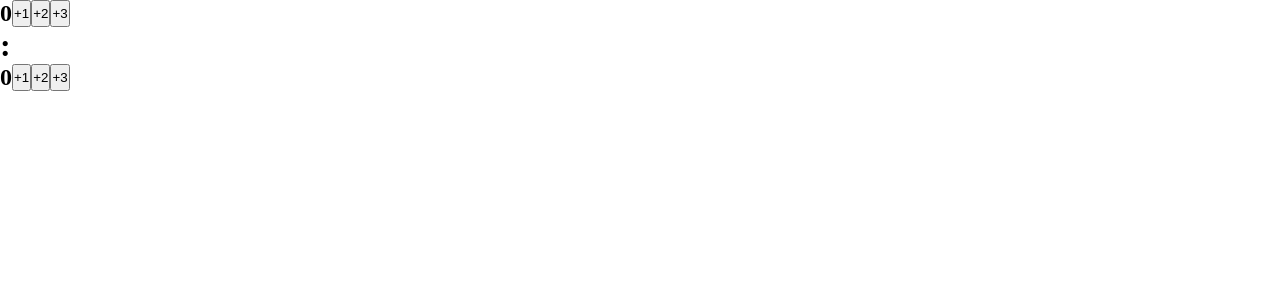
Repository: bollo89/scoreBoard
Page: index.html
These files come from the project's save history. The page is drawn as it stood at one moment and after the next save; the edit follows.
The browser window is 1280 px wide. The pictures show the whole page.

Above is the page before, as saved 2022-01-21 10:47:44.

### index.html
<!DOCTYPE html>
<html lang="en">
<head>
    <meta charset="UTF-8">
    <meta http-equiv="X-UA-Compatible" content="IE=edge">
    <meta name="viewport" content="width=device-width, initial-scale=1.0">
    <link rel="stylesheet" href="./style.css">
    <title>Document</title>
</head>
<body>
    <section class="Thome">
        <h1 class="home"></h1>
        <button class="btn1h">+1</button>
        <button class="btn2h">+2</button>
        <button class="btn3h">+3</button>
    </section>
    <h1 class="colon">:</h1>
    <section class="Taway">
        <h1 class="away"></h1>
        <button class="btn1a">+1</button>
        <button class="btn2a">+2</button>
        <button class="btn3a">+3</button>
    </section>
<script src="./script.js"></script>
</body>
</html>

### style.css
* {
    margin: 0;
    padding: 0;
}

.Thome {
    display: flex;
}

.Taway {
    display: flex;
}

### script.js
let home = document.querySelector('.home');
let n = 0;
home.innerHTML = n;

let away = document.querySelector('.away');
let m = 0;
away.innerHTML = m;

let btn1h = document.querySelector('.btn1h');
let btn2h = document.querySelector('.btn2h');
let btn3h = document.querySelector('.btn3h');
let btn1a = document.querySelector('.btn1a');
let btn2a = document.querySelector('.btn2a');
let btn3a = document.querySelector('.btn3a');
//punkty po lewej
function score1home() {
    n+=1;
    home.innerHTML = n;
    console.log(n);
}
function score2home() {
    n+=2;
    home.innerHTML = n;
    console.log(n);
}
function score3home() {
    n+=3;
    home.innerHTML = n;
    console.log(n);
}
//punkty po prawej
function score1away() {
    m+=1;
    away.innerHTML = m;
    console.log(m);
}
function score2away() {
    m+=2;
    away.innerHTML = m;
    console.log(m);
}
function score3away() {
    m+=3;
    away.innerHTML = m;
    console.log(m);
}

//przyciskibtn1.addEventListener('click',score1home,false);
btn1h.addEventListener('click',score1home,false);
btn2h.addEventListener('click',score2home,false);
btn3h.addEventListener('click',score3home,false);
btn1a.addEventListener('click',score1away,false);
btn2a.addEventListener('click',score2away,false);
btn3a.addEventListener('click',score3away,false);

After the next save:
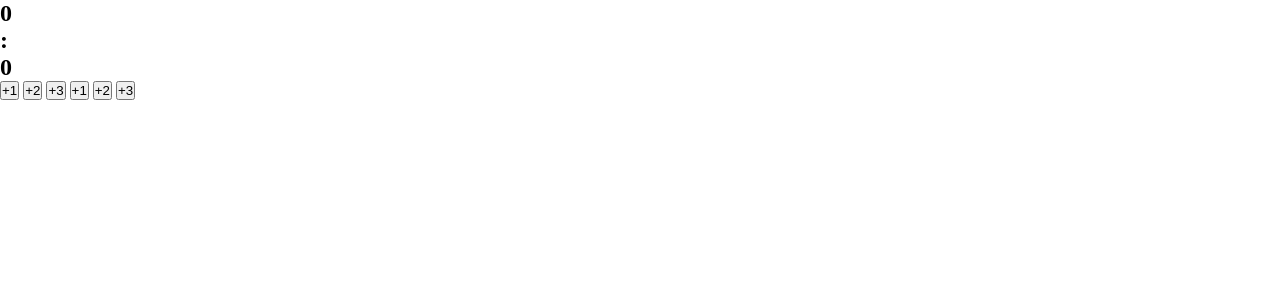
Saved 3 min 28 s later.
--- a/index.html
+++ b/index.html
@@ -8,15 +8,16 @@
     <title>Document</title>
 </head>
 <body>
-    <section class="Thome">
+    <section class="score">
         <h1 class="home"></h1>
+        <h1 class="colon">:</h1>
+        <h1 class="away"></h1>
+    </section>
+    <section class="btns">
         <button class="btn1h">+1</button>
         <button class="btn2h">+2</button>
         <button class="btn3h">+3</button>
-    </section>
-    <h1 class="colon">:</h1>
-    <section class="Taway">
-        <h1 class="away"></h1>
+
         <button class="btn1a">+1</button>
         <button class="btn2a">+2</button>
         <button class="btn3a">+3</button>
